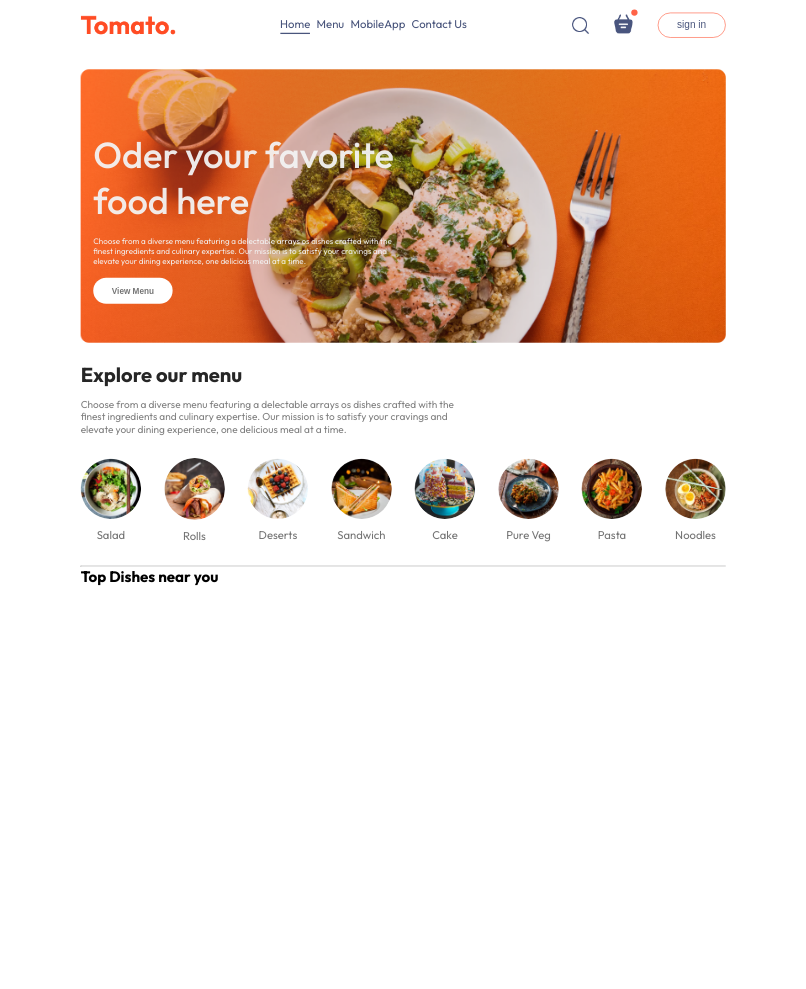
Repository: guilhermecardoso93/tomato-front-end
Page: /
The author's editor kept a copy of each file at every save. The page is drawn from the files as they stood at one save, then again after the next save.
The browser window is 1280 px wide. The pictures show the whole page, at 63% of full size.
The project was rebuilt for these pictures with package versions that can differ from the ones it lists, and the page was loaded fresh each time. Also part of the build but not shown: vite.config.js, src/components/FoodDisplay/styles.css, src/components/FoodItem/styles.css, src/pages/Cart/styles.css, src/pages/Cart/index.jsx, src/pages/PlaceOrder/styles.css, src/pages/PlaceOrder/index.jsx.

Above is the page before, as saved 2024-10-30 19:11:58.

### index.html
<!doctype html>
<html lang="en">

<head>
    <meta charset="UTF-8" />
    <link rel="icon" type="image/svg+xml" href="" />
    <link rel="preconnect" href="https://fonts.googleapis.com">
    <link rel="preconnect" href="https://fonts.gstatic.com" crossorigin>
    <link href="https://fonts.googleapis.com/css2?family=Inter:ital,opsz,wght@0,14..32,100..900;1,14..32,100..900&family=Outfit:wght@100..900&display=swap" rel="stylesheet">
    <meta name="viewport" content="width=device-width, initial-scale=1.0" />
    <title>Tomato</title>
</head>

<body>
    <div id="root"></div>
    <script type="module" src="/src/main.jsx"></script>
</body>

</html>

### src/main.jsx
import { StrictMode } from "react";
import { createRoot } from "react-dom/client";
import "./index.css";
import { App } from "./App.jsx";
import { BrowserRouter } from "react-router-dom";
import StoreContextProvider from "./context/StoreContext.jsx";

createRoot(document.getElementById("root")).render(
  <BrowserRouter>
    <StoreContextProvider>
      <App />
    </StoreContextProvider>
  </BrowserRouter>
);

### src/index.css
* {
  padding: 0;
  margin: 0;
  box-sizing: border-box;
}

body {
  min-height: 100vh;
  font-family: "Outfit", sans-serif;
}

a {
  text-decoration: none;
  color: inherit;
}

.app {
  width: 80%;
  margin: auto;
}

@keyframes fadeIn {
  0% {
    opacity: 0;
  }

  100% {
    opacity: 1;
  }
}

### src/App.jsx
import { Routes, Route } from "react-router-dom";
import { Navbar } from "./components/Navbar";

import { Home } from "./pages/Home";
import { Cart } from "./pages/Cart";
import { PlaceOrder } from "./pages/PlaceOrder";

export function App() {
  return (
    <div className="app">
      <Navbar />
      <Routes>
        <Route path="/" element={<Home />} />
        <Route path="/cart" element={<Cart />} />
        <Route path="/order" element={<PlaceOrder />} />
      </Routes>
    </div>
  );
}

### src/context/StoreContext.jsx
import { createContext } from "react";
import { food_list } from "../assets/assets";

export const StoreContext = createContext(null);

const StoreContextProvider = (props) => {
  const contextValue = {
    food_list,
  };

  return (
    <StoreContext.Provider value={contextValue}>
      {props.children}
    </StoreContext.Provider>
  );
};

export default StoreContextProvider;

### src/components/Navbar/index.jsx
import { useState } from "react";
import { assets } from "../../assets/assets";
import "./styles.css";

export const Navbar = () => {
  const [menu, setMenu] = useState("Home");

  return (
    <div className="navbar">
      <img src={assets.logo} alt="Logo" className="logo" />
      <ul className="navbar-menu">
        <li
          onClick={() => setMenu("Home")}
          className={menu === "Home" ? "active" : ""}
        >
          Home
        </li>
        <li
          onClick={() => setMenu("Menu")}
          className={menu === "Menu" ? "active" : ""}
        >
          Menu
        </li>
        <li
          onClick={() => setMenu("MobileApp")}
          className={menu === "MobileApp" ? "active" : ""}
        >
          MobileApp
        </li>
        <li
          onClick={() => setMenu("Contact Us")}
          className={menu === "Contact Us" ? "active" : ""}
        >
          Contact Us
        </li>
      </ul>
      <div className="navbar-right">
        <img src={assets.search_icon} alt="" />
        <div className="navbar-search-icon">
          <img src={assets.basket_icon} alt="" />
          <div className="dot"></div>
        </div>
        <button>sign in</button>
      </div>
    </div>
  );
};

### src/pages/Home/index.jsx
import { useState } from "react";
import { ExplorerMenu } from "../../components/ExplorerMenu";
import { Header } from "../../components/Header";
import "./styles.css";
import { FoodDisplay } from "../../components/FoodDisplay/Index";

export const Home = () => {
  const [category, setCategory] = useState("All");

  return (
    <div>
      <Header />
      <ExplorerMenu category={category} setCategory={setCategory} />
      <FoodDisplay category={category} />
    </div>
  );
};

### src/assets/assets.js
import basket_icon from './icons/basket_icon.png'
import logo from './logo.png'
import header_img from './header_img.png'
import search_icon from './icons/search_icon.png'
import menu_1 from './menu/menu_1.png'
import menu_2 from './menu/menu_2.png'
import menu_3 from './menu/menu_3.png'
import menu_4 from './menu/menu_4.png'
import menu_5 from './menu/menu_5.png'
import menu_6 from './menu/menu_6.png'
import menu_7 from './menu/menu_7.png'
import menu_8 from './menu/menu_8.png'

import food_1 from './food/food_1.png'
import food_2 from './food/food_2.png'
import food_3 from './food/food_3.png'
import food_4 from './food/food_4.png'
import food_5 from './food/food_5.png'
import food_6 from './food/food_6.png'
import food_7 from './food/food_7.png'
import food_8 from './food/food_8.png'
import food_9 from './food/food_9.png'
import food_10 from './food/food_10.png'
import food_11 from './food/food_11.png'
import food_12 from './food/food_12.png'
import food_13 from './food/food_13.png'
import food_14 from './food/food_14.png'
import food_15 from './food/food_15.png'
import food_16 from './food/food_16.png'
import food_17 from './food/food_17.png'
import food_18 from './food/food_18.png'
import food_19 from './food/food_19.png'
import food_20 from './food/food_20.png'
import food_21 from './food/food_21.png'
import food_22 from './food/food_22.png'
import food_23 from './food/food_23.png'
import food_24 from './food/food_24.png'
import food_25 from './food/food_25.png'
import food_26 from './food/food_26.png'
import food_27 from './food/food_27.png'
import food_28 from './food/food_28.png'
import food_29 from './food/food_29.png'
import food_30 from './food/food_30.png'
import food_31 from './food/food_31.png'
import food_32 from './food/food_32.png'

import add_icon_white from './icons/add_icon_white.png'
import add_icon_green from './icons/add_icon_green.png'
import remove_icon_red from './icons/remove_icon_red.png'
import app_store from './icons/app_store.png'
import play_store from './icons/play_store.png'
import linkedin_icon from './icons/linkedin_icon.png'
import facebook_icon from './icons/facebook_icon.png'
import twitter_icon from './icons/twitter_icon.png'
import cross_icon from './icons/cross_icon.png'
import selector_icon from './icons/selector_icon.png'
import rating_starts from './icons/rating_starts.png'
import profile_icon from './icons/profile_icon.png'
import bag_icon from './icons/bag_icon.png'
import logout_icon from './icons/logout_icon.png'
import parcel_icon from './icons/parcel_icon.png'

export const assets = {
    logo,
    basket_icon,
    header_img,
    search_icon,
    rating_starts,
    add_icon_green,
    add_icon_white,
    remove_icon_red,
    app_store,
    play_store,
    linkedin_icon,
    facebook_icon,
    twitter_icon,
    cross_icon,
    selector_icon,
    profile_icon,
    logout_icon,
    bag_icon,
    parcel_icon
}

export const menu_list = [
    {
        menu_name: "Salad",
        menu_image: menu_1
    },
    {
        menu_name: "Rolls",
        menu_image: menu_2
    },
    {
        menu_name: "Deserts",
        menu_image: menu_3
    },
    {
        menu_name: "Sandwich",
        menu_image: menu_4
    },
    {
        menu_name: "Cake",
        menu_image: menu_5
    },
    {
        menu_name: "Pure Veg",
        menu_image: menu_6
    },
    {
        menu_name: "Pasta",
        menu_image: menu_7
    },
    {
        menu_name: "Noodles",
        menu_image: menu_8
    }]

export const food_list = [
    {
        _id: "1",
        name: "Greek salad",
        image: food_1,
        price: 12,
        description: "Food provides essential nutrients for overall health and well-being",
        category: "Salad"
    },
    {
        _id: "2",
        name: "Veg salad",
        image: food_2,
        price: 18,
        description: "Food provides essential nutrients for overall health and well-being",
        category: "Salad"
    }, {
        _id: "3",
        name: "Clover Salad",
        image: food_3,
        price: 16,
        description: "Food provides essential nutrients for overall health and well-being",
        category: "Salad"
    }, {
        _id: "4",
        name: "Chicken Salad",
        image: food_4,
        price: 24,
        description: "Food provides essential nutrients for overall health and well-being",
        category: "Salad"
    }, {
        _id: "5",
        name: "Lasagna Rolls",
        image: food_5,
        price: 14,
        description: "Food provides essential nutrients for overall health and well-being",
        category: "Rolls"
    }, {
        _id: "6",
        name: "Peri Peri Rolls",
        image: food_6,
        price: 12,
        description: "Food provides essential nutrients for overall health and well-being",
        category: "Rolls"
    }, {
        _id: "7",
        name: "Chicken Rolls",
        image: food_7,
        price: 20,
        description: "Food provides essential nutrients for overall health and well-being",
        category: "Rolls"
    }, {
        _id: "8",
        name: "Veg Rolls",
        image: food_8,
        price: 15,
        description: "Food provides essential nutrients for overall health and well-being",
        category: "Rolls"
    }, {
        _id: "9",
        name: "Ripple Ice Cream",
        image: food_9,
        price: 14,
        description: "Food provides essential nutrients for overall health and well-being",
        category: "Deserts"
    }, {
        _id: "10",
        name: "Fruit Ice Cream",
        image: food_10,
        price: 22,
        description: "Food provides essential nutrients for overall health and well-being",
        category: "Deserts"
    }, {
        _id: "11",
        name: "Jar Ice Cream",
        image: food_11,
        price: 10,
        description: "Food provides essential nutrients for overall health and well-being",
        category: "Deserts"
    }, {
        _id: "12",
        name: "Vanilla Ice Cream",
        image: food_12,
        price: 12,
        description: "Food provides essential nutrients for overall health and well-being",
        category: "Deserts"
    },
    {
        _id: "13",
        name: "Chicken Sandwich",
        image: food_13,
        price: 12,
        description: "Food provides essential nutrients for overall health and well-being",
        category: "Sandwich"
    },
    {
        _id: "14",
        name: "Vegan Sandwich",
        image: food_14,
        price: 18,
        description: "Food provides essential nutrients for overall health and well-being",
        category: "Sandwich"
    }, {
        _id: "15",
        name: "Grilled Sandwich",
        image: food_15,
        price: 16,
        description: "Food provides essential nutrients for overall health and well-being",
        category: "Sandwich"
    }, {
        _id: "16",
        name: "Bread Sandwich",
        image: food_16,
        price: 24,
        description: "Food provides essential nutrients for overall health and well-being",
        category: "Sandwich"
    }, {
        _id: "17",
        name: "Cup Cake",
        image: food_17,
        price: 14,
        description: "Food provides essential nutrients for overall health and well-being",
        category: "Cake"
    }, {
        _id: "18",
        name: "Vegan Cake",
        image: food_18,
        price: 12,
        description: "Food provides essential nutrients for overall health and well-being",
        category: "Cake"
    }, {
        _id: "19",
        name: "Butterscotch Cake",
        image: food_19,
        price: 20,
        description: "Food provides essential nutrients for overall health and well-being",
        category: "Cake"
    }, {
        _id: "20",
        name: "Sliced Cake",
        image: food_20,
        price: 15,
        description: "Food provides essential nutrients for overall health and well-being",
        category: "Cake"
    }, {
        _id: "21",
        name: "Garlic Mushroom ",
        image: food_21,
        price: 14,
        description: "Food provides essential nutrients for overall health and well-being",
        category: "Pure Veg"
    }, {
        _id: "22",
        name: "Fried Cauliflower",
        image: food_22,
        price: 22,
        description: "Food provides essential nutrients for overall health and well-being",
        category: "Pure Veg"
    }, {
        _id: "23",
        name: "Mix Veg Pulao",
        image: food_23,
        price: 10,
        description: "Food provides essential nutrients for overall health and well-being",
        category: "Pure Veg"
    }, {
        _id: "24",
        name: "Rice Zucchini",
        image: food_24,
        price: 12,
        description: "Food provides essential nutrients for overall health and well-being",
        category: "Pure Veg"
    },
    {
        _id: "25",
        name: "Cheese Pasta",
        image: food_25,
        price: 12,
        description: "Food provides essential nutrients for overall health and well-being",
        category: "Pasta"
    },
    {
        _id: "26",
        name: "Tomato Pasta",
        image: food_26,
        price: 18,
        description: "Food provides essential nutrients for overall health and well-being",
        category: "Pasta"
    }, {
        _id: "27",
        name: "Creamy Pasta",
        image: food_27,
        price: 16,
        description: "Food provides essential nutrients for overall health and well-being",
        category: "Pasta"
    }, {
        _id: "28",
        name: "Chicken Pasta",
        image: food_28,
        price: 24,
        description: "Food provides essential nutrients for overall health and well-being",
        category: "Pasta"
    }, {
        _id: "29",
        name: "Buttter Noodles",
        image: food_29,
        price: 14,
        description: "Food provides essential nutrients for overall health and well-being",
        category: "Noodles"
    }, {
        _id: "30",
        name: "Veg Noodles",
        image: food_30,
        price: 12,
        description: "Food provides essential nutrients for overall health and well-being",
        category: "Noodles"
    }, {
        _id: "31",
        name: "Somen Noodles",
        image: food_31,
        price: 20,
        description: "Food provides essential nutrients for overall health and well-being",
        category: "Noodles"
    }, {
        _id: "32",
        name: "Cooked Noodles",
        image: food_32,
        price: 15,
        description: "Food provides essential nutrients for overall health and well-being",
        category: "Noodles"
    }
]

### src/components/Navbar/styles.css
.navbar {
  padding: 20px 0;
  display: flex;
  justify-content: space-between;
  align-items: center;
}

.navbar .logo {
  width: 150px;
}

.navbar-menu {
  display: flex;
  list-style: none;
  gap: 10px;
  color: #49557c;
  font-size: 18px;
}

.navbar li {
  cursor: pointer
}

.navbar-right {
  display: flex;
  align-items: center;
  gap: 40px;
}

.navbar button {
  background: transparent;
  font-size: 16px;
  color: #49557c;
  border: 1px solid tomato;
  padding: 10px 30px;
  border-radius: 50px;
  cursor: pointer;
  transition: 0.3s;
}

.navbar button:hover {
  background: #fff4f2;
}

.navbar .active {
  padding-bottom: 2px;
  border-bottom: 2px solid #49557c;
}

.navbar-search-icon {
  position: relative;
}

.navbar-search-icon .dot {
  position: absolute;
  min-height: 10px;
  min-width: 10px;
  background-color: tomato;
  border-radius:  5px;
  top: -8px;
  right: -8px;
}

### src/components/ExplorerMenu/index.jsx
import { menu_list } from "../../assets/assets";

import "./styles.css";

export const ExplorerMenu = ({ category, setCategory }) => {
  return (
    <div className="explorer-menu" id="explore-menu">
      <h1>Explore our menu</h1>
      <p className="explore-menu-text">
        Choose from a diverse menu featuring a delectable arrays os dishes
        crafted with the finest ingredients and culinary expertise. Our mission
        is to satisfy your cravings and elevate your dining experience, one
        delicious meal at a time.
      </p>
      <div className="explore-menu-list">
        {menu_list.map((item, index) => {
          return (
            <div
              className="explore-menu-list-item"
              key={index}
              onClick={() =>
                setCategory((prev) =>
                  prev === item.menu_name ? "All" : item.menu_name
                )
              }
            >
              <img
                src={item.menu_image}
                alt=""
                className={category === item.menu_name ? "active" : ""}
              />
              <p className={category === item.menu_name ? "active-text" : ""}>
                {item.menu_name}
              </p>
            </div>
          );
        })}
      </div>
      <hr />
    </div>
  );
};

### src/components/Header/index.jsx
import "./styles.css";

export const Header = () => {
  return (
    <div className="header">
      <div className="header-container">
        <h2>Oder your favorite food here</h2>
        <p>
          Choose from a diverse menu featuring a delectable arrays os dishes
          crafted with the finest ingredients and culinary expertise. Our
          mission is to satisfy your cravings and elevate your dining
          experience, one delicious meal at a time.
        </p>
        <button> View Menu</button>
      </div>
    </div>
  );
};

### src/components/FoodDisplay/Index.jsx
import { useContext } from "react";
import { StoreContext } from "../../context/StoreContext";
import "./styles.css";
import { FoodItem } from "../FoodItem";

export const FoodDisplay = ({ category }) => {
  const { food_list } = useContext(StoreContext);

  return (
    <div className="food-display" id="food-display">
      <h2>Top Dishes near you</h2>
      <div className="food-display-list">
        {food_list.map((item, index) => {
          return (
            <FoodItem
              key={index}
              id={item._id}
              name={item._name}
              description={item._description}
              price={item._price}
              image={item._image}
            />
          );
        })}
      </div>
    </div>
  );
};

### src/components/ExplorerMenu/styles.css
.explorer-menu {
  display: flex;
  flex-direction: column;
  gap: 1rem;
}

.explorer-menu h1 {
  color: #262626;
  font-size: 500;
}

.explore-menu-text {
  max-width: 60%;
  color: #808080;
}

.explore-menu-list {
  display: flex;
  justify-content: space-between;
  align-items: center;
  gap: 30px;
  text-align: center;
  margin: 20px 0px;
  overflow-x: scroll;
}

.explore-menu-list::-webkit-scrollbar {
  display: none;
}

.explore-menu-list img {
  width: 7.5vw;
  min-width: 80px;
  cursor: pointer;
  border-radius: 50%;
  transition: 0.2s;
}

.explore-menu-list p {
  margin-top: 10px;
  color: #747474;
  font-size: max(1.4vw, 16px);
  cursor: pointer;
}

.explore-menu hr {
  margin: 10px 0px;
  height: 2px;
  background: #e2e2e2;
  border: none;
}

.explore-menu-list .active {
  border: 4px solid tomato;
  padding: 2px;
}

.explore-menu-list .active-text {
  color: tomato;
}

### src/components/Header/styles.css
.header {
  height: 34vw;
  margin: 30px auto;
  background: url('../../assets/header_img.png') no-repeat;
  background-size: contain;
  position: relative;
}



.header-container {
  position: absolute;
  display: flex;
  flex-direction: column;
  align-items: start;
  padding: 20px;
  gap: 1.5vw;
  max-width: 52%;
  bottom: 10%;
  animation: fadeIn 3s;
}


.header-container h2 {
  font-weight: 500;
  color: #f2f2f2f2;
  font-size: max(4.5vw, 22px);
}


.header-container p {
  color: #f2f2f2f2;
  font-size: 1vw;
}


.header-container button {
  border: none;
  color: #747474;
  font-weight: 700;
  padding: 1vw 2.3vw;
  background: white;
  font-size: max(1vw, 13px);
  border-radius: 50px;
}

### src/components/FoodItem/index.jsx
import './styles.css';

export const FoodItem = ({id, name, price, description, image}) => {

  return (
    <div className='food-item'>
      <div className="food-item-image-container">
        <img src={image} alt='' className='food-item-image'/>
      </div>
    </div>
  )
}

Loaded but not shown: src/pages/Home/styles.css (no stored copy; drawn as an empty file)

After the next save:
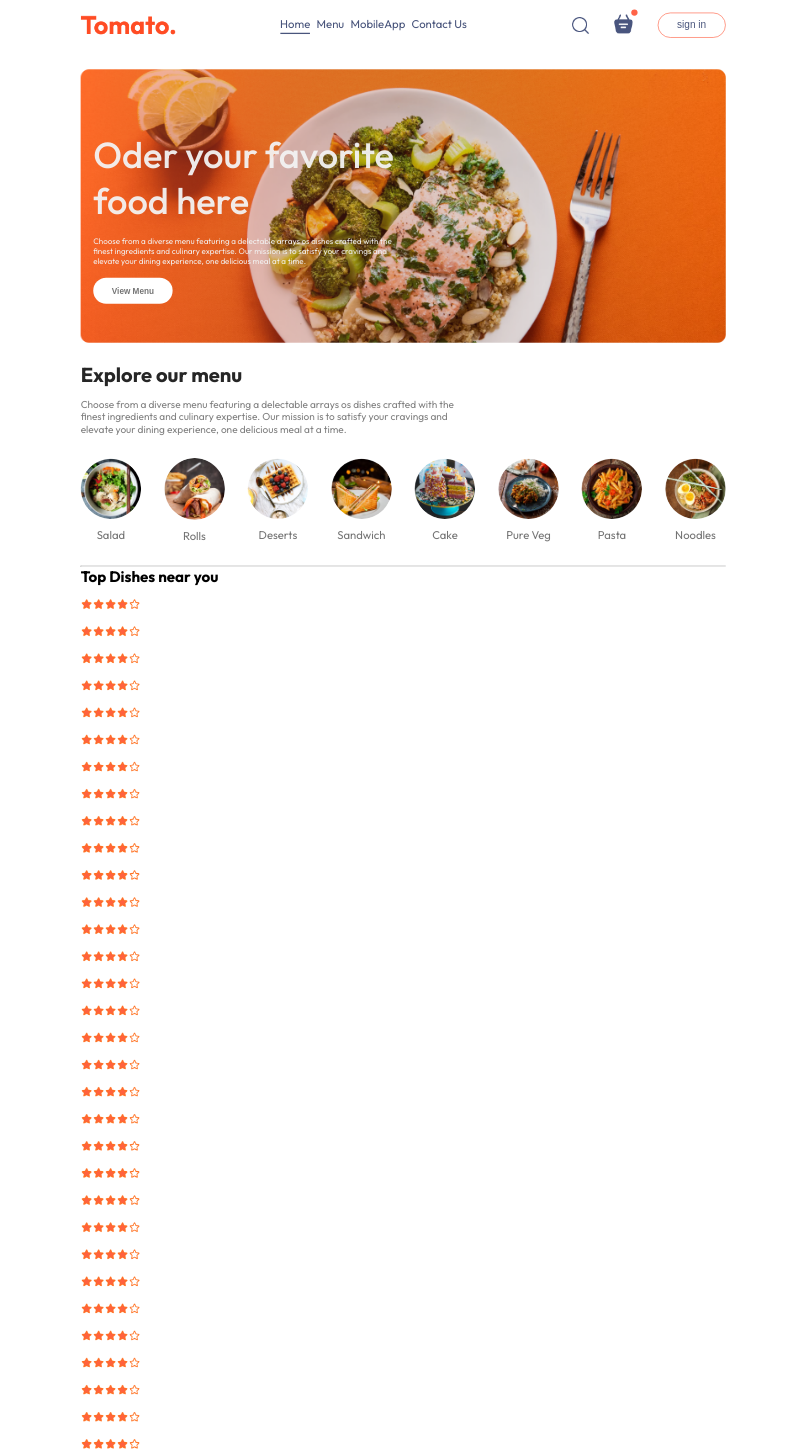
Saved 83 s later.
--- a/src/components/FoodItem/index.jsx
+++ b/src/components/FoodItem/index.jsx
@@ -1,3 +1,4 @@
+import { assets } from '../../assets/assets';
 import './styles.css';
 
 export const FoodItem = ({id, name, price, description, image}) => {
@@ -7,6 +8,12 @@ export const FoodItem = ({id, name, price, description, image}) => {
       <div className="food-item-image-container">
         <img src={image} alt='' className='food-item-image'/>
       </div>
+      <div className="food-item-info">
+        <div className="food-item-name-rating">
+          <p>{name}</p>
+          <img src={assets.rating_starts} alt='' />
+        </div>
+      </div>
     </div>
   )
 }
